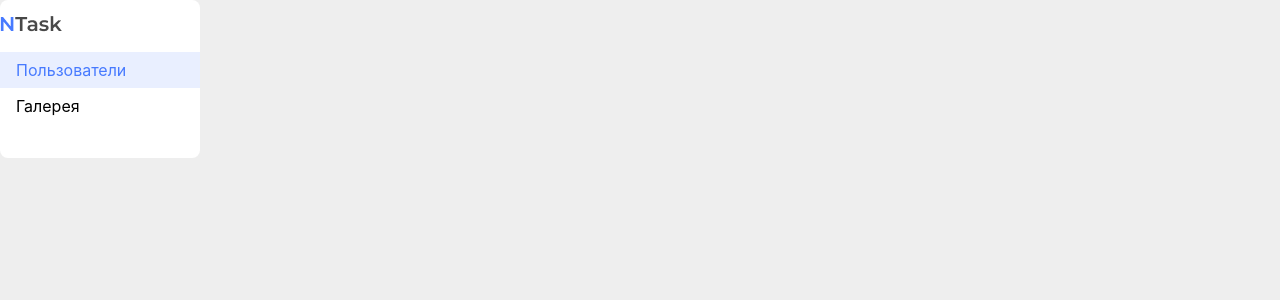
Repository: Grid-Master/NTask
Page: /
An editor plug-in stored every save of this project. The page is shown before and after the next save, followed by the edit.
The browser window is 1280 px wide. The pictures show the whole page.
The project was rebuilt for these pictures with package versions that can differ from the ones it lists, and the page was loaded fresh each time.

Above is the page before, as saved 2023-06-02 15:27:26.

After the next save:
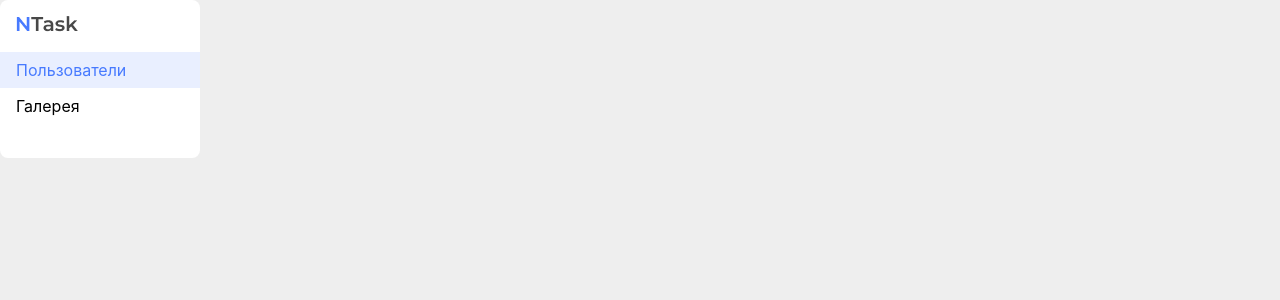
Saved 49 s later.
--- a/src/components/navabar/navbar.sass
+++ b/src/components/navabar/navbar.sass
@@ -5,6 +5,7 @@
     border-radius: 8px
     &__imagecontainer
         padding: 16px 0
+        margin-left: 16px
     &__item
         padding: 8px 16px
         cursor: pointer
